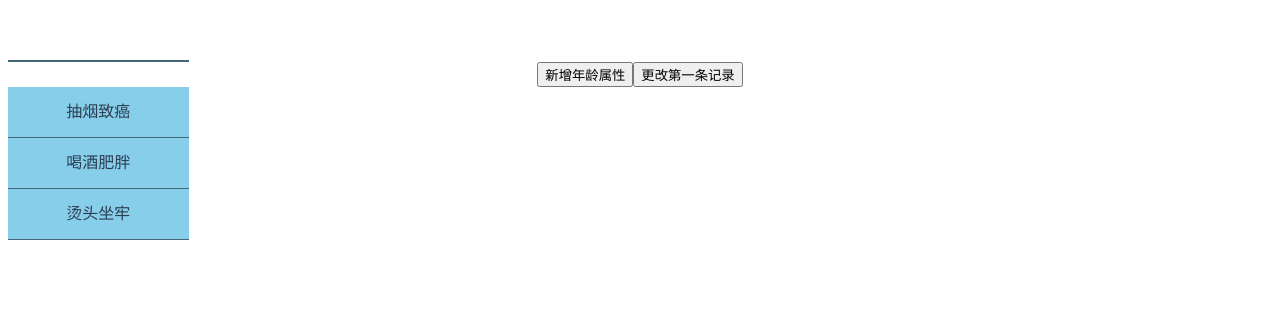
Repository: sunboxsoft/vue-key_Vue.set_parser-babylon
Page: /#/ComprehensicePractise
These files come from the project's save history. The page is drawn as it stood at one moment and after the next save; the edit follows.
The browser window is 1280 px wide. The pictures show the whole page.
The project was rebuilt for these pictures with package versions that can differ from the ones it lists, and the page was loaded fresh each time. Also part of the build but not shown: src/components/HelloWorld.vue.

Above is the page before, as saved 2022-05-14 07:35:47.

### index.html
<!DOCTYPE html>
<html>
  <head>
    <meta charset="utf-8">
    <meta name="viewport" content="width=device-width,initial-scale=1.0">
    <title>vue-key</title>
  </head>
  <body>
    <div id="app"></div>
    <!-- built files will be auto injected -->
  </body>
</html>

### src/router/index.js
import Vue from 'vue'
import Router from 'vue-router'
import HelloWorld from '@/components/HelloWorld'
import CaculateRate from '@/components/CaculateRate'
import ComprehensicePractise from '@/components/ComprehensicePractise'
Vue.use(Router)

export default new Router({
    routes: [{
        path: '/',
        name: 'HelloWorld',
        component: HelloWorld
    }, {
        path: '/CaculateRate',
        name: 'CaculateRate',
        component: CaculateRate
    }, {
        path: '/ComprehensicePractise',
        name: 'ComprehensicePractise',
        component: ComprehensicePractise
    }]
})

### src/components/CaculateRate.vue
<template>
  <section class="CaculateRate">
    <ul>
      <li>File</li>
      <li>code</li>
      <li>comment</li>
      <li>blank</li>
      <li>total</li>
      <li>comment Rate</li>
      <li>comment Absent</li>
      <template v-for="item in dataSource">
        <li v-for="(itemChild, index) in Object.keys(item)" :key="index">
          <input
            v-if="['comment', 'total'].indexOf(itemChild) >= 0"
            type="text"
            v-model="item[itemChild]"
          />
          <template v-else> {{ item[itemChild] }}</template>
        </li>
        <li>
          {{ toPercent(item.comment / item.total) }}
        </li>
        <li :class="[{'red':item.comment / item.total<0.15}]">
          {{ Math.ceil((0.15 - item.comment / item.total) * item.total)>0?Math.ceil((0.15 - item.comment / item.total) * item.total) :0}}
        </li>
      </template>
    </ul>
  </section>
</template>

<script>
export default {
  name: "CaculateRate",
  data() {
    return {
      dataSource: [
        {
          File: "VFormDesignerModal.vue",
          code: 181,
          comment: 25,
          blank: 0,
          total: 206
        }
      ]
    };
  },
  components: {},
  watch: {},
  mounted() {},
  methods: {
    toPercent(point) {
      var percent = Number(point * 100).toFixed(2);
      percent += "%";
      return percent;
    }
  }
};
</script>

<style>
ul {
  list-style: none;
  padding: 0;
  margin: 0;
  display: flex;
  flex-wrap: wrap;
}
li:nth-child(-n + 7) {
  background-color: skyblue;
}
li {
  width: calc(100% / 7);
  line-height: 50px;
  border-bottom: 1px solid rgb(0, 0, 0, 0.5);
}
.red {
  color: red;
}
</style>

### src/components/ComprehensicePractise.vue
<template>
  <section class="ComprehensicePractise">
      <ul>
          <li></li>
          <li></li>
      </ul>
    <button @click="addAge">新增年龄属性</button>
    <div v-if="student.age">年龄{{ student.age }}</div>
    <button @click="changeOneRecord">更改第一条记录</button>
    <ul>
      <li v-for="item in student.hobby" :key="item">
        {{ item }}
      </li>
    </ul>
  </section>
</template>

<script>
export default {
  name: "ComprehensicePractise",
  data() {
    return {
      student: {
        hobby: ["抽烟致癌", "喝酒肥胖", "烫头坐牢"]
      }
    };
  },
  components: {},
  watch: {},
  mounted() {},
  methods: {
    changeOneRecord() {
      //this.hobby[0]='学习'  //不生效
      // 方法一
      //this.hobby.splice(0,1,'学习')
      // 方法二
      this.$set(this.student.hobby, 0, "学习");
    },
    addAge() {
      this.$set(this.student, "age", 88);
    }
  }
};
</script>

<style>
ul {
  list-style: none;
  padding: 0;
  margin: 0;
  display: flex;
  flex-direction: column;
}
li {
  flex: 1;
  line-height: 50px;
}
</style>

Loaded but not shown: src/main.js (common file); src/App.vue (common file)

After the next save:
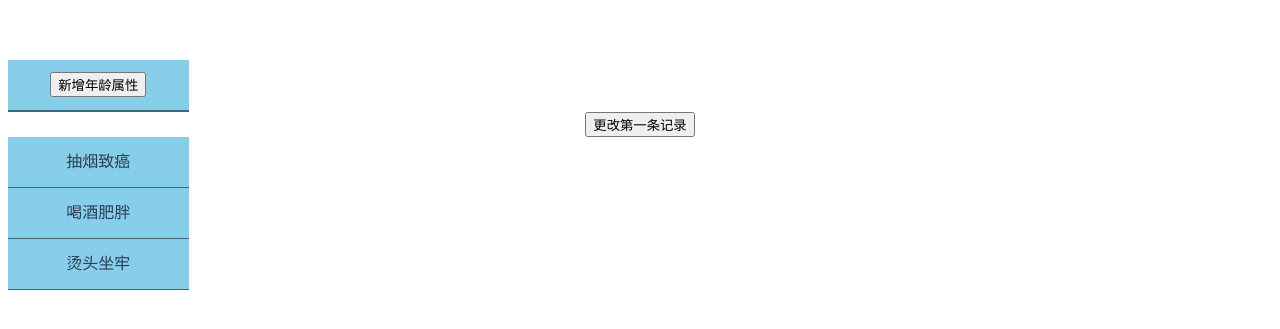
Saved 4 s later.
--- a/src/components/ComprehensicePractise.vue
+++ b/src/components/ComprehensicePractise.vue
@@ -1,10 +1,10 @@
 <template>
   <section class="ComprehensicePractise">
       <ul>
-          <li></li>
+          <li><button @click="addAge">新增年龄属性</button></li>
           <li></li>
       </ul>
-    <button @click="addAge">新增年龄属性</button>
+
     <div v-if="student.age">年龄{{ student.age }}</div>
     <button @click="changeOneRecord">更改第一条记录</button>
     <ul>
